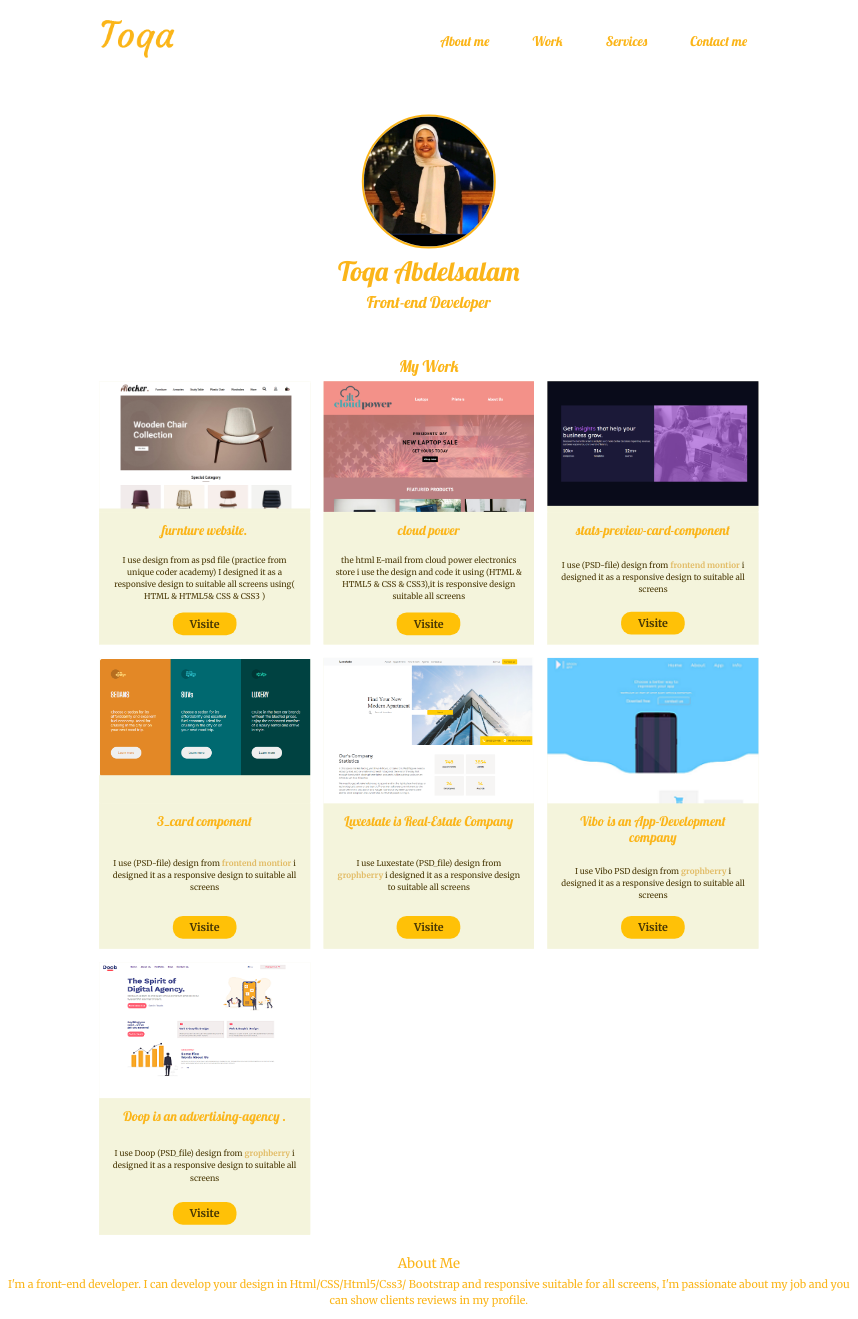
Repository: Toqa-25/portfolio
Page: index.html
An editor plug-in stored every save of this project. The page is shown before and after the next save, followed by the edit.
The browser window is 1280 px wide. The pictures show the whole page, at 67% of full size.
Some web fonts or font styles are not loaded; a fallback is used.

Above is the page before, as saved 2021-11-01 03:27:59.

### index.html
<!DOCTYPE html>
<html lang="en">
<head>
    <meta charset="UTF-8">
    <meta http-equiv="X-UA-Compatible" content="IE=edge">
    <meta name="viewport" content="width=device-width, initial-scale=1.0">
    <title>Toqa Portfolio</title>
      <!-- bootstrap file -->
      <link rel="stylesheet" href="css/all.min.css">
      <link rel="stylesheet" href="css/bootstrap.css">
      <!-- css file -->
      <link rel="stylesheet" href="css/style.css">
      <!-- fonts -->
      <link rel="preconnect" href="https://fonts.googleapis.com">
<link rel="preconnect" href="https://fonts.gstatic.com" crossorigin>
<link href="https://fonts.googleapis.com/css2?family=Lobster&family=Otomanopee+One&display=swap" rel="stylesheet">
<link rel="preconnect" href="https://fonts.googleapis.com">
<link rel="preconnect" href="https://fonts.gstatic.com" crossorigin>
<link href="https://fonts.googleapis.com/css2?family=Merriweather:ital,wght@0,300;0,400;0,700;0,900;1,300;1,400;1,700;1,900&display=swap" rel="stylesheet">
<link rel="preconnect" href="https://fonts.googleapis.com">
<link rel="preconnect" href="https://fonts.gstatic.com" crossorigin>
<link href="https://fonts.googleapis.com/css2?family=Bebas+Neue&family=Oswald:wght@200;300;400;500;600;700&display=swap" rel="stylesheet">
<link rel="preconnect" href="https://fonts.googleapis.com">
<link rel="preconnect" href="https://fonts.gstatic.com" crossorigin>
<link href="https://fonts.googleapis.com/css2?family=Montserrat:wght@100;200;300;400;500;600;700;800;900&family=PT+Sans:ital,wght@0,400;0,700;1,700&family=Roboto:wght@100;300;400;500;700;900&display=swap" rel="stylesheet">
</head>
<body>
        <!-- header section -->
    <header class="pad">
       <div class="container">
         <div class="header-content">
           <div class="header-logo">
             <img src="images/logo.png" alt="logo">
           </div>
           <div class="bar">
             <svg xmlns="http://www.w3.org/2000/svg" width="35" height="35" fill="#fbb519" class="bi bi-list" viewBox="0 0 16 16">
               <path fill-rule="evenodd" d="M2.5 12a.5.5 0 0 1 .5-.5h10a.5.5 0 0 1 0 1H3a.5.5 0 0 1-.5-.5zm0-4a.5.5 0 0 1 .5-.5h10a.5.5 0 0 1 0 1H3a.5.5 0 0 1-.5-.5zm0-4a.5.5 0 0 1 .5-.5h10a.5.5 0 0 1 0 1H3a.5.5 0 0 1-.5-.5z"/>
             </svg>
              <ul class="hidden-list unlist list">
              <li id="about me">About me</li>
              <li>Work</li>
              <li>Services</li>
              <li>Contact me</li>
              <li>Reviews</li>
            </ul>
           </div>
           <div class="header-nav">
             <ul class="list unlist">
                 <li>About me</li>
                 <li>Work</li>
                 <li>Services</li>
                 <li>Contact me</li>
                 <!-- <li>Reviews</li> -->
             </ul>

           </div>
         </div>
         </div>
        </header><!-- end header section -->
        <!-- information  section -->
    <section  class="inform pad">
      <div class="main-inform " role="main">
        <div class="inform-info">
        <img src="images/toqa.jpg" alt=""><br>
        <h1>Toqa Abdelsalam</h1>
        <h4>Front-end Developer</h4>
      </div>
      </div>
    </section> <!-- end information  section -->

      <!-- my-work  section -->
      <section class="pad work">
        <div class="container">
          <h4 class="work-head">My Work</h4>
          <div class="work-content">
              <div class="work-card" role="menu">
        <div class="card-img">
          <img src="images/my-work/furnture/desktop_unique-templete-2_index.html.png" alt="">
        </div>
        <div class="card-info">
          <h5 class="card-title">furnture website.</h5>
          <p class="card-info-text doop-text">I use  design from as psd file (practice from unique coder academy)
            I designed it as a responsive design to suitable all screens using( HTML & HTML5& CSS & CSS3 ) <br>
         </p>
      <button class="card-button"><a href="https://toqa-25.github.io/unique-templete-2/">Visite</a></button>
        </div>
     </div>
              <div class="work-card" role="menu">
        <div class="card-img">
          <img src="images/my-work/html-email-1/desktop_html-email-1_.png" alt="">
        </div>
        <div class="card-info">
          <h5 class="card-title">cloud power</h5>
          <p class="card-info-text doop-text"> the html E-mail from cloud power electronics store
            i use the design and code it using (HTML & HTML5 & CSS & CSS3),it is responsive design suitable all screens
          </p>

      <button class="card-button"><a href="https://toqa-25.github.io/html-email-1/">Visite</a></button>
        </div>
     </div>
      <div class="work-card" role="menu">
        <div class="card-img">
          <img src="images/my-work/preview-card/desktop_stats-preview-card-component-main_.png" alt="">
        </div>
        <div class="card-info">
          <h5 class="card-title">stats-preview-card-component </h5>
          <p class="card-info-text"> I use  (PSD-file) design from <span> <a href="https://www.frontendmentor.io/">frontend montior</a></span>
        i designed it as a responsive design to suitable all screens
         </p>
      <button class="card-button"><a href="https://toqa-25.github.io/stats-preview-card-component-main/">Visite</a></button>
        </div>
 </div>
      <div class="work-card" role="menu">
        <div class="card-img">
          <img src="images/my-work/3-card-component/desktop_3-cards-component_.png" alt="">
        </div>
        <div class="card-info">
          <h5 class="card-title">3_card component </h5>
          <p class="card-info-text"> I use  (PSD-file) design from <span> <a href="https://www.frontendmentor.io/">frontend montior</a></span>
        i designed it as a responsive design to suitable all screens
         </p>
      <button class="card-button"><a href="https://toqa-25.github.io/3-cards-component/">Visite</a></button>
        </div>
 </div>
      <div class="work-card" role="menu">
        <div class="card-img">
          <img src="images/my-work/luxestate/destop-luxestate - Copy (1).png" alt="">
        </div>
        <div class="card-info">
          <h5 class="card-title">Luxestate is Real-Estate Company  </h5>
          <p class="card-info-text">I use Luxestate (PSD_file) design from <span> <a href="https://www.graphberry.com/">grophberry</a></span>
    i designed it as a responsive design to suitable all screens
         </p>
      <button class="card-button"><a href="https://toqa-25.github.io/luxstate-project-/">Visite</a></button>
        </div>
 </div>
      <div class="work-card" role="menu">
        <div class="card-img">
          <img src="images/my-work/vibo/Vibo_App(desktop)_toqa-25.github.io2.png" alt="">
        </div>
        <div class="card-info">
          <h5 class="card-title">Vibo is an App-Development company</h5>
          <p class="card-info-text">I use Vibo PSD design from <span> <a href="https://www.graphberry.com/">grophberry</a></span>
                  i designed it as a responsive design to suitable all screens
         </p>
      <button class="card-button"><a href="https://toqa-25.github.io/vibo-app/">Visite</a></button>
        </div>
 </div>
      <div class="work-card" role="menu">
        <div class="card-img">
          <img src="images/my-work/simple/web_design.png" alt="">
        </div>
        <div class="card-info">
          <h5 class="card-title">Doop is an advertising-agency .</h5>
          <p class="card-info-text doop-text">I use Doop (PSD_file) design from <span> <a href="https://www.graphberry.com/">grophberry</a></span>
            i designed it as a responsive design to suitable all screens
         </p>
      <button class="card-button"><a href="https://toqa-25.github.io/simply-agency/">Visite</a></button>
        </div>
     </div>
      <!-- <div class="work-card" role="menu">
        <div class="card-img">
          <img src="images/my-work/landing-meeting-page/toqa-25.github.io_landing-meeting-page_desktop.png" alt="">
        </div>
        <div class="card-info">
          <h5 class="card-title">Metting landing page.</h5>
          <p class="card-info-text doop-text">I use  design from <span> <a href="https://www.frontendmentor.io/">frontendmentor</a></span>
i designed it as a responsive design to suitable all screens <br>
         </p>
      <button class="card-button"><a href="https://toqa-25.github.io/landing-meeting-page/">Visite</a></button>
        </div>
     </div> -->

   </div>
   </div>
      </section>

      <section class=" about">
          <h5 for="about">About Me</h5>
      <p> I'm a front-end developer. I can develop your design in Html/CSS/Html5/Css3/ Bootstrap and responsive suitable for all screens, I'm passionate about my job and you can show clients reviews in my profile. </p>
      </section>

</body>
</html>

### css/style.css
/*
    public style
***********************
*/
:root{
    --main-color:#fbb519;
    --section-padding:30px;
}
* {
    box-sizing: border-box;
    margin: 0;
    padding: 0;
}
body{
    font-family: 'Merriweather', serif;
    color:var(--main-color);
}
.pad{
    padding: var(--section-padding) 0;
}
.container
{
  width: 80%;
  margin:auto;
  padding: 0 20px;
}

 .unlist{
     list-style: none;
 }
 a{
     text-decoration: none;
 }
/*
    header style
***********************
*/
 header{
    font-family: 'Lobster', cursive;
 }
 .header-content{
    display: flex;
}
.header-logo{
    width:50%;
}
.bar{
    position: relative;
    display: none;
    margin: auto 20px;
     transition: .2s;
     cursor: pointer;
     width: 50%;
    /* text-align: right; */
    justify-content: flex-end;
}
 .header-nav{
   min-width: 50%;
    display: flex;
    justify-content: flex-end;
 }
 .header-nav .list{
     width: 100%;
     display: flex;
     justify-content: space-between;
     align-items: center;
     padding: 17px;
 }
  .list li{
     font-size: 20px;
     transition: .2s;
     -webkit-transition: .2s;
     -moz-transition: .2s;
     -ms-transition: .2s;
     -o-transition: .2s;
     cursor: pointer;
     margin-bottom: 2px;
    }
     .list li:hover{
        border-bottom: 2px solid var(--main-color);
    }
    .hidden-list{
         text-align: center;
         position: absolute;
         width: 120px;
         top: 3px;
         right: -70px;
         background-color: #f5f5dc91;
         padding: 10px;
         border-radius: 25px;
         -webkit-border-radius: 25px;
         -moz-border-radius: 25px;
         -ms-border-radius: 25px;
         -o-border-radius: 25px;
         transition: .2s;
         -webkit-transition: .2s;
         -moz-transition: .2s;
         -ms-transition: .2s;
         -o-transition: .2s;
         visibility: hidden;
         display: none;
}
/* media quary for header*/
 @media (max-width: 991px){
   .header-nav {
      display: none;
  }
  .bar{
      display: flex;
  }
  .bar:hover .hidden-list{
    visibility: visible;
    display: block;
  }
}
/*
    my-information&image style
  ********************************
 */
 .main-inform{
     color: var(--main-color);
    text-align: center;
    height: 300px;
    display: flex;
    align-items: center;
    justify-content: center;
    font-family: 'Lobster', cursive;
}
.main-inform img{
    width: 200px;
    height: 200px;
    border:3px solid;
    border-radius: 50%;
    -webkit-border-radius: 50%;
     -moz-border-radius: 50%;
     -ms-border-radius: 50%;
     -o-border-radius: 50%;
     margin-bottom: 10px;
    }
/*
    my-work style
********************************
*/
.work{
text-align: center;
}
 .work-content{
    display: grid;
    grid-template-columns:repeat(3,1fr);
    grid-template-rows: minmax(1fr,350px);
    gap:20px;
 }
 .work .work-head{
    text-align: center;
    font-family: 'Lobster';
 }
 .work-card{
 background-color: #f5f5dce8;
 }
 .card-img{
     width:100%;
     height:50%;
     background-color: #f5f5dce8;
 }
 .card-img img{
     width:100%;
     max-height: 100%;
     transition: .2s;
     -webkit-transition: .2s;
     -moz-transition: .2s;
     -ms-transition: .2s;
     -o-transition: .2s;
}

 .card-img img:hover{
   transform: scale(1.1);
   -webkit-transform: scale(1.1);
   -moz-transform: scale(1.1);
   -ms-transform: scale(1.1);
   -o-transform: scale(1.1);
}
 .card-info{
     display: flex;
    flex-direction: column;
    justify-content: space-between;
     text-align: center;
     width: 100%;
     height: 50%;
    background-color: #f5f5dce8;
    padding: 15px;
 }
 .card-title{
         font-family: 'Lobster', cursive;
 }

.card-info-text{
    margin:15px 0;
    font-size: 12px;
    font-weight: 400;
    /* padding: 2px; */
    text-align: center;
    color:#483705;
}
.card-info-text a{
    text-decoration: none;
    color: #e2bc66;
    font-weight: bolder;
}
/* .card p{
  margin:15px 0 ;
} */

.card-button{
    width: 95px;
    text-align: center;
    background-color: #ffc107;
     color:#483705;
    border: none;
    margin: 0 auto;
    border-radius: 15px;
    padding: 5px;
    /*margin-top: 7px; */
    transition: .2s;
    -webkit-transition: .2s;
    -moz-transition: .2s;
    -ms-transition: .2s;
    -o-transition: .2s;
    font-weight: bold;
}
.card-button:hover{
     transform: scale(1.1);
     -webkit-transform: scale(1.1);
      -moz-transform: scale(1.1);
      -ms-transform: scale(1.1);
       -o-transform: scale(1.1);
}
.card-button a{
    text-decoration: none;
    color: #483705;
}

.about{
    text-align: center;

}

/*
media quary style
***************************************
//extra small devices @media (maxwidth:575px)
//small devices @media (maxwidth:767px)
//medium devices @media (maxwidth:991px)
//large devices @media (maxwidth:1199px)
*/
/* .card {
    width: 100%;
    height: 100%;
    position: relative;
    display: flex;
    flex-direction: column;
    min-width: 0;
    word-wrap: break-word;
    background-color: black;
    background-clip: border-box;
    border: 4px solid var(--main-color);
    border-radius: 0.3rem;
}

.card img{
    max-width:100%;
    max-height: 150px;
    border-bottom: 3px solid;
} */

Loaded but not shown: css/all.min.css (library); css/bootstrap.css (library)

After the next save:
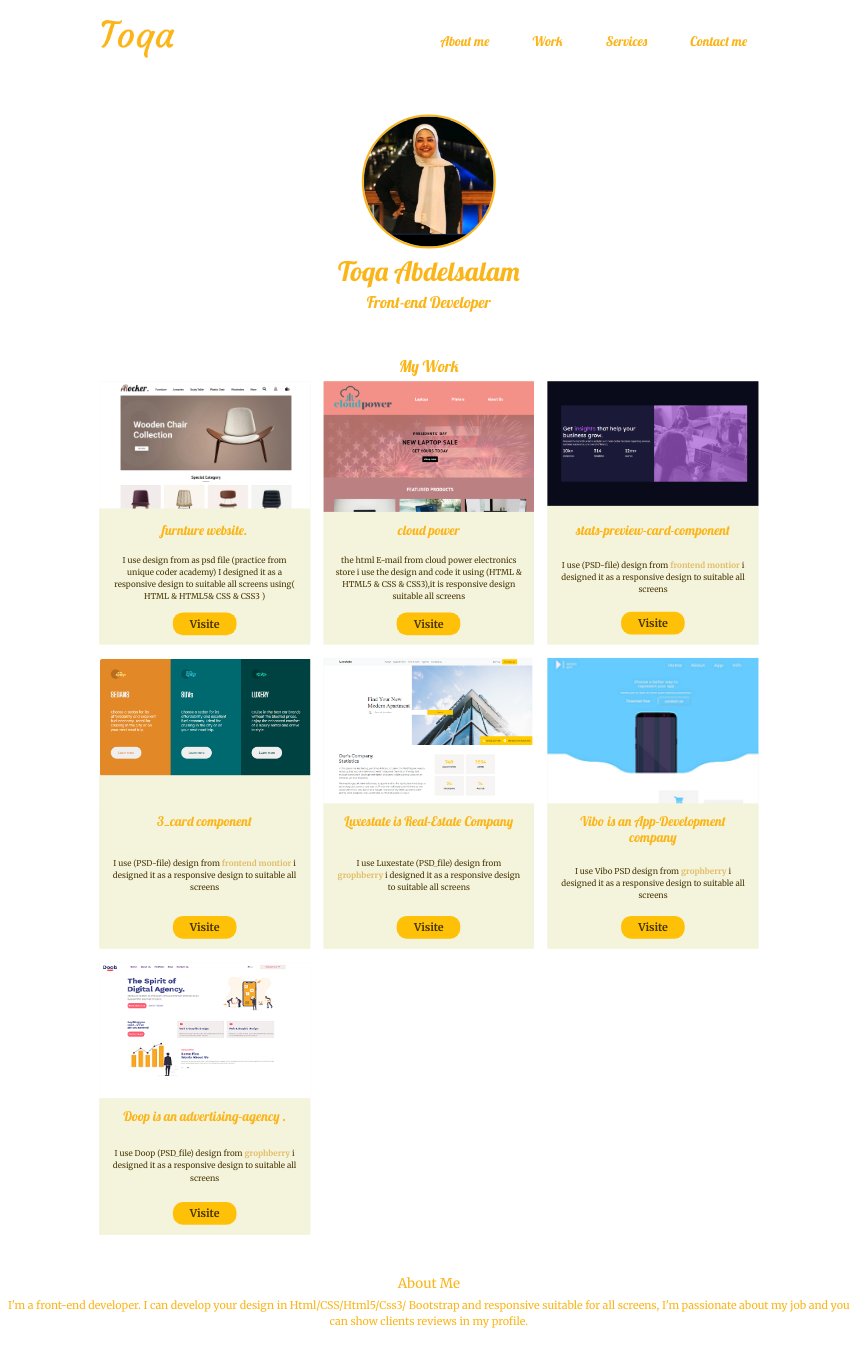
Saved 4 s later.
--- a/index.html
+++ b/index.html
@@ -175,7 +175,7 @@ i designed it as a responsive design to suitable all screens <br>
    </div>
       </section>
 
-      <section class=" about">
+      <section class="pad about">
           <h5 for="about">About Me</h5>
       <p> I'm a front-end developer. I can develop your design in Html/CSS/Html5/Css3/ Bootstrap and responsive suitable for all screens, I'm passionate about my job and you can show clients reviews in my profile. </p>
       </section>
